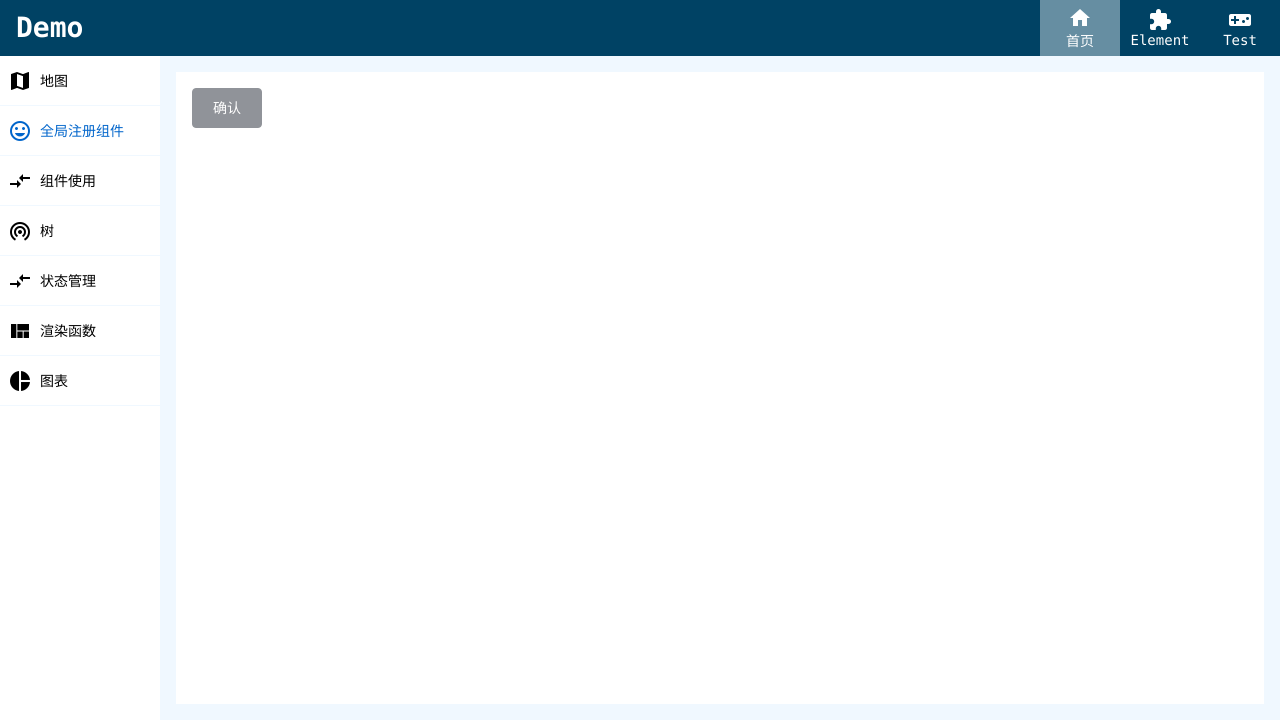
Repository: zh-webliker/element-vue
Page: /Main/Icon
These files come from the project's save history. The page is drawn as it stood at one moment and after the next save; the edit follows.
The browser window is 1280 px wide. The pictures show the whole page.
The project was rebuilt for these pictures with package versions that can differ from the ones it lists, and the page was loaded fresh each time. Also part of the build but not shown: vue.config.js, src/components/baseComponts/Basetitle.vue. Imported but missing from the stored project, and not drawn on this page: src/json/contour, src/json/hl.

Above is the page before, as saved 2020-09-11 16:24:00.

### public/index.html
<!DOCTYPE html>
<html lang="en">
  <head>
    <meta charset="utf-8">
    <meta http-equiv="X-UA-Compatible" content="IE=edge">
    <meta name="viewport" content="width=device-width,initial-scale=1.0">
    <link rel="icon" href="<%= BASE_URL %>favicon.ico">
    <title>demo</title>

  </head>
  <body>
    <noscript>
      <strong>We're sorry but demo doesn't work properly without JavaScript enabled. Please enable it to continue.</strong>
    </noscript>
    <div id="app"></div>
    <!-- built files will be auto injected -->
  </body>
</html>

### src/main.js
import Vue from 'vue'
import App from './App.vue'
import router from './router'
import store from './store/store'

import './style/style.scss'
import 'material-icons'

/***
 * 初始化axios
 * https://www.kancloud.cn/yunye/axios/234845
 */
import axios from 'axios'
axios.defaults.baseURL = process.env.NODE_ENV === 'production' ? '/' : '/api';
axios.defaults.headers.withCredentials = true;
Vue.prototype.$axios = axios;

// import './style/test.scss'

/**
 * element
 * */
import Element from 'element-ui'
import './style/element-variables.scss'
Vue.use(Element);


Vue.config.productionTip = false;

// import upperFirst from 'lodash/upperFirst'
// import camelCase from 'lodash/camelCase'

// const requireComponent = require.context(
//   // 其组件目录的相对路径
//   // '../src/components/baseComponts',
//   './components/baseComponts',
//   // 是否查询其子目录
//   false,
//   // 匹配基础组件文件名的正则表达式
//   /Base[A-Z]\w+\.(vue|js)$/
// )
// console.log(requireComponent.keys())
// requireComponent.keys().forEach(fileName => {
//   // 获取组件配置
//   const componentConfig = requireComponent(fileName)
//   // 这个地方直接传入filename其实就是内部会调用了resolve方法，会返回对应的文件内容（不理解可以console一下看看）
//   // 获取组件的 PascalCase 命名
//   const componentName = upperFirst(
//     camelCase(
//       // 获取和目录深度无关的文件名
//       fileName
//         .split('/')
//         .pop()
//         .replace(/\.\w+$/, '')
//     )
//   )

//   // 全局注册组件
//   Vue.component(
//     componentName,
//     // 如果这个组件选项是通过 `export default` 导出的，
//     // 那么就会优先使用 `.default`，
//     // 否则回退到使用模块的根。
//     componentConfig.default || componentConfig
//   )
// })
import Basebutton from './components/baseComponts/Basebutton.vue'
import Basetitle from './components/baseComponts/Basetitle.vue'
Vue.component('Basebutton', Basebutton)
Vue.component('Basetitle', Basetitle)
new Vue({
  router,
  store,
  render: h => h(App)
}).$mount('#app');

### src/App.vue
<template>
  <div id="app">

    <!--header标签和下面的nav标签，是H5新增的标签，相当于有语义的div-->
    <header class="header">

      <h1>{{appName}}</h1>

      <nav>

        <!--router-link是vue自带组件，用于项目内跳转，会编译成a标签-->
        <router-link to="/Main">
          <i class="material-icons">home</i>
          <span>首页</span>
        </router-link>
        <router-link to="/Element">
          <i class="material-icons">extension</i>
          <span>Element</span>
        </router-link>

        <router-link to="/Test">
          <i class="material-icons">videogame_asset</i>
          <span>Test</span>
        </router-link>
        <!--<router-link to="/">
          <i class="material-icons">logout</i>
          <span>退出</span>
        </router-link>-->
      </nav>
    </header>

    <router-view/>

  </div>
</template>

<script>
  const appName = "Demo";

  export default ({
    name: "App",
    data(){
      return {
        appName
      }
    }
  })

</script>

<style lang="scss">

</style>

### src/router.js
import Vue from 'vue'
import Router from 'vue-router'

Vue.use(Router);

export default new Router({
  mode: 'history',
  routes: [
    {
      path: "/",
      redirect: "/Main"
    },
    {
      name: "Main",
      path: "/Main",
      component: ()=> import('./views/main/Main.vue'),
      children: [
        {
          path: "/",
          redirect: "/Main/Map"
        },
        {
          //在router-link跳转中，如果路由设置了name，也可以用name替代path
          name: "Map",
          path: "/Main/Map",
          component: ()=> import('./views/main/Map.vue')
        },
        {
          name: "Icon",
          path: "/Main/Icon",
          component: ()=> import('./views/main/Icon.vue')
        },
        {
          name: "Tree",
          path: "/Main/Tree",
          component: ()=> import('./views/main/Tree.vue')
        },
        {
          name: "Storage",
          path: "/Main/Storage",
          component: ()=> import('./views/main/Storage.vue')
        },
        {
          name: "Storage2",
          path: "/Main/Storage2",
          component: ()=> import('./views/main/Storage2.vue')
        },
        {
          name: "Deliver",
          path: "/Main/Deliver",
          component: ()=> import('./views/main/Deliver.vue')
        },
        {
          name: "Charts",
          path: "/Main/Charts",
          component: ()=> import('./views/main/Charts.vue')
        }
      ]
    },
    {
      name: "Element",
      path: "/Element",
      component: ()=> import('./views/element/ElementMain.vue'),
      children: [
        {
          path: "/",
          redirect: "/Element/Table"
        },
        {
          name: "Table",
          path: "/Element/Table",
          component: ()=> import('./views/element/Table.vue'),
        },
        {
          name: "Tab",
          path: "/Element/Tab",
          component: ()=> import('./views/element/Tab.vue'),
        },
        {
          name: "Form",
          path: "/Element/Form",
          component: ()=> import('./views/element/Form.vue'),
        },
        {
          name: "Tree",
          path: "/Element/Tree",
          component: ()=> import('./views/element/Tree.vue'),
        }
      ]
    },

    {
      name: "Test",
      path: "/Test",
      component: ()=> import('./views/test/Test.vue'),
      redirect: "/Test/Mixin",

      children:[
        {
          name: "Mixin",
          path: "/Test/Mixin",
          component: ()=> import('./views/test/mixins/Index.vue')
        },
        {
          name: "DraggableModule",
          path: "/Test/DraggableModule",
          component: ()=> import('./views/test/draggable/DraggableModule.vue')
        }
      ]
    },

    //把404页面放到最后匹配剩下的全部页面
    {
      name: "404",
      path: "*",
      component: ()=> import('./views/404.vue'),
    }

  ]
})

### src/store/store.js
import Vue from 'vue'
import Vuex from 'vuex'

import StorageStore from './StorageStore'

Vue.use(Vuex);

export default new Vuex.Store({
  state: {

  },
  mutations: {

  },
  actions: {

  },

  //引入模组store
  modules: {
    storage: StorageStore
  }
})

### src/style/style.scss


/*theme*/
$primaryColor: #0065cb;
$primaryTextColor: white;
$primaryBgColor: #004264;
$bgColor: white;

/*global*/
a {
  text-decoration: none;
  color: inherit;
}
.page {
  position: absolute;
  top: 56px;
  bottom: 0;
  left: 0;
  right: 0;
  background-color: aliceblue;
}


/*body*/
body{
  padding: 0; margin: 0;
  font-family: 'Consolas', 'Microsoft YaHei UI';
  font-size: 14px;
}

/*header*/
header {
  background-color: $primaryBgColor;
  color: $primaryTextColor;
  padding: 0 16px;
  position: relative;
  height: 56px;

  h1 {
    margin: 0;
    line-height: 56px;
  }

  nav {
    position: absolute;
    right: 0;
    top: 0;
    height: 100%;
    cursor: pointer;
    display: flex;
    justify-content: center;

    a {
      display: inline-flex;
      width: 80px;
      height: 100%;
      justify-content: center;
      flex-direction: column;
      text-align: center;

      &:hover{
        background-color: rgba(255,255,255,0.1);
      }

      &.router-link-active{
        background-color: rgba(255,255,255,0.4);
      }
    }
  }
}

/*left navbar*/
.left-nav {
  position: absolute;
  width: 160px;
  top: 0;
  bottom: 0;
  left: 0;
  background-color: white;
  //color: $primaryTextColor;


  a {
    position: relative;
    display: flex;
    width: 100%;
    height: 50px;
    cursor: pointer;

    &:hover{
      //background-color: rgba(100,100,100,0.1);
      color: rgb(100,100,100);
    }
    &.router-link-active{
      //background-color: rgba(0,0,0,0.1);
      color: $primaryColor;
    }
    &:after{
      content: "";
      position: absolute;
      bottom: 0;
      width: 100%;
      height: 1px;
      //transform: scaleY(0.5);
      background-color: aliceblue;
    }

    i {
      line-height: 50px;
      width: 40px;
      text-align: center;
      font-size: 24px;
    }
    span {
      line-height: 50px;
      font-size: 14px;
    }

  }
}


.page-content {
  position: absolute;
  left: 160px;
  top: 0;
  bottom: 0;
  right: 0;
  //background-color: aliceblue;
  margin: 16px;
  padding: 16px;
  background-color: white;
  overflow-y: auto;
  overflow-x: auto;

  article{
    padding-bottom: 80px;
  }
}

### src/style/element-variables.scss
/* 改变主题色变量 */
// $--color-primary: #00806a;
$--color-primary: rgb(51, 147, 207);

/* 改变 icon 字体路径变量，必需 */
$--font-path: '~element-ui/lib/theme-chalk/fonts';

@import "~element-ui/packages/theme-chalk/src/index";

.el-main>div:nth-child(2){
  padding: 16px;
}

### src/components/baseComponts/Basebutton.vue
<template>
  <div>
    <el-button :type="type">确认</el-button>
  </div>
</template>

<script>
export default {
  name: 'Basebutton',
  props: {
    type: {
      type: String,
      default: 'primary'
    }
  }
}
</script>

<style>

</style>

### src/views/main/Main.vue
<template>
  <div class="page">

    <nav class="left-nav">
      <router-link to="Map">
        <i class="material-icons">map</i>
        <span>地图</span>
      </router-link>
      <router-link to="Icon">
        <i class="material-icons">insert_emoticon</i>
        <span>全局注册组件</span>
      </router-link>
      <router-link to="Storage2">
        <i class="material-icons">compare_arrows</i>
        <span>组件使用</span>
      </router-link>
      <router-link to="Tree">
        <i class="material-icons">wifi_tethering</i>
        <span>树</span>
      </router-link>
      <router-link to="Storage">
        <i class="material-icons">compare_arrows</i>
        <span>状态管理</span>
      </router-link>
      <router-link to="Deliver">
        <i class="material-icons">view_quilt</i>
        <span>渲染函数</span>
      </router-link>
      <router-link to="Charts">
        <i class="material-icons">pie_chart</i>
        <span>图表</span>
      </router-link>
    </nav>

    <div class="page-content">
      <router-view/>
    </div>
  </div>
</template>

<script>
  export default {
    name: "Main"
  }
</script>

<style scoped>

</style>

### src/views/main/Icon.vue
<template>
  <div>
    <Basebutton :type='info'></Basebutton>
  </div>
</template>

<script>
  export default {
    name: "Icon",
    data () {
      return {
        info: 'info'
      }
    }
  }
</script>

<style scoped>
</style>

### src/store/StorageStore.js

//vuex store 模块
//https://vuex.vuejs.org/zh/guide/modules.html

export default {

  //开启命名空间
  namespaced: true,

  //状态
  state: {
    "storageText": "请输入一些文字",
    "storageTime": 0
  },

  //set操作
  mutations: {
    setText: (state, text)=> state.storageText = text,
    setTime: (state, time)=> state.storageTime = time
  },

  //批量操作，可以执行异步
  actions: {
    setStorage(context, obj){
      context.commit('setText', obj.text);
      context.commit('setTime', obj.time);
    }
  },

  //get操作
  getters:{
    getText(state) {
      return state.storageText;
    },
    getTime(state) {
      return state.storageTime;
    },
    getNextTime(state){
      return state.storageTime + 60;
    }
  }
}

After the next save:
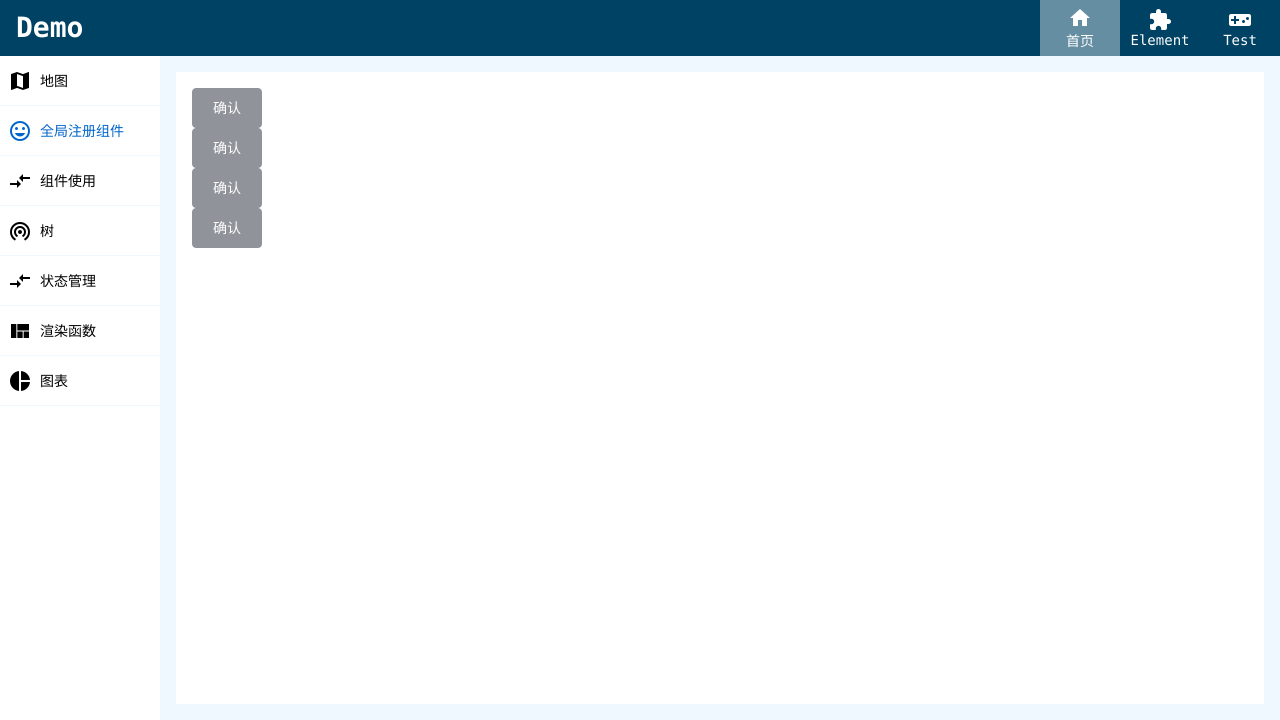
Saved 23 s later.
--- a/src/views/main/Icon.vue
+++ b/src/views/main/Icon.vue
@@ -1,5 +1,8 @@
 <template>
   <div>
+    <Basebutton :type='info'></Basebutton>
+    <Basebutton :type='info'></Basebutton>
+    <Basebutton :type='info'></Basebutton>
     <Basebutton :type='info'></Basebutton>
   </div>
 </template>
